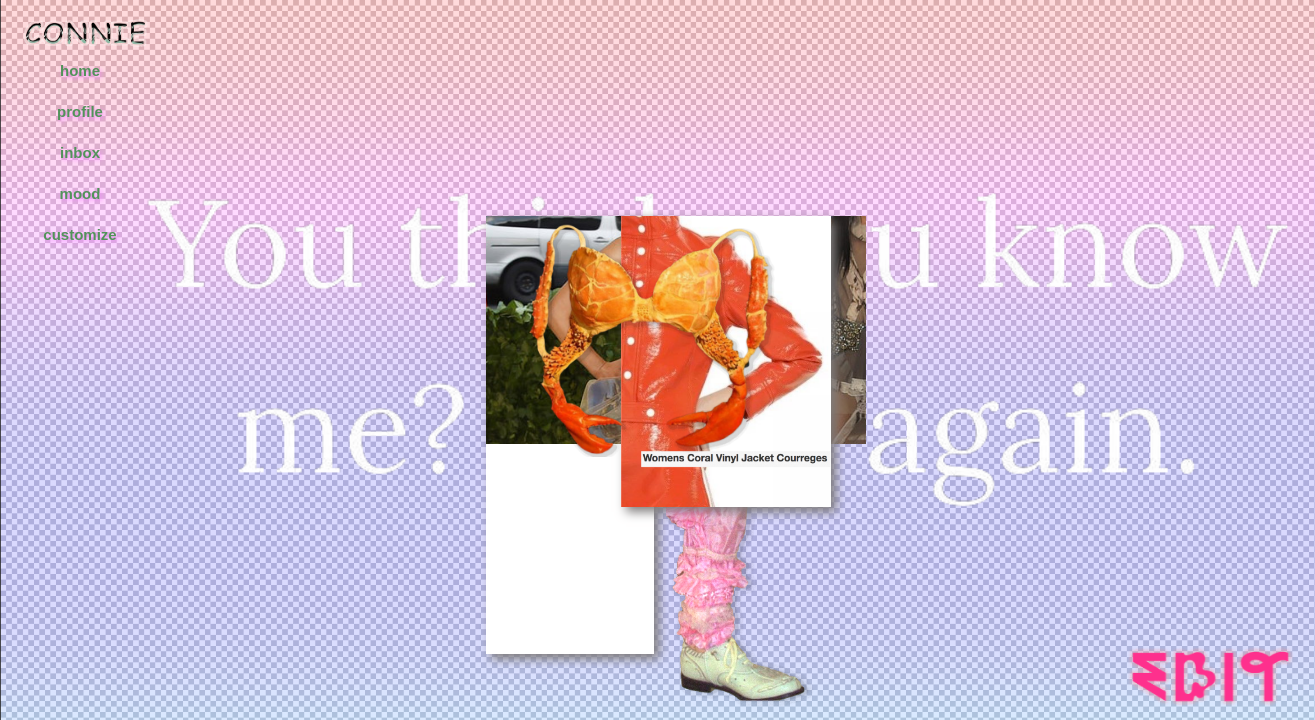
Repository: xuc009/xuc009.github.io
Page: track14/index.html
The author's editor kept a copy of each file at every save. The page is drawn from the files as they stood at one save, then again after the next save.
The browser window is 1280 px wide. The page is 1315 px wide, so the pictures cover 1315 px, including what lies to the right of the window. The pictures show the whole page.
Some web libraries are served in a nearby version.

Above is the page before, as saved 2018-12-08 17:33:53.

After the next save:
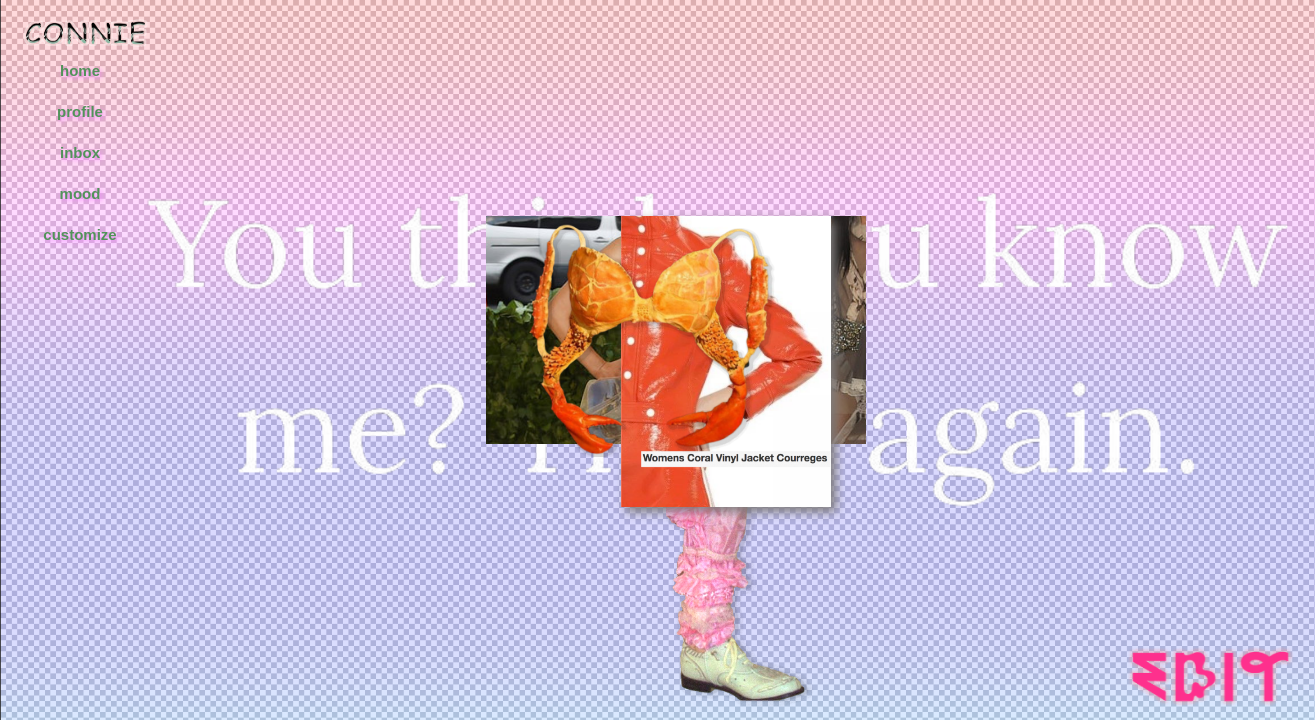
Saved 13 s later.
--- a/track14/assets/css/styles.css
+++ b/track14/assets/css/styles.css
@@ -55,8 +55,8 @@ a { cursor: move; }
 
 
 #draggable2 {
-    width: 168px;
-    height: 438.38px;
+    /* width: 168px;
+    height: 438.38px; */
     border: none;
     box-shadow: 5px 5px 10px #807d7d;
     position: absolute;
